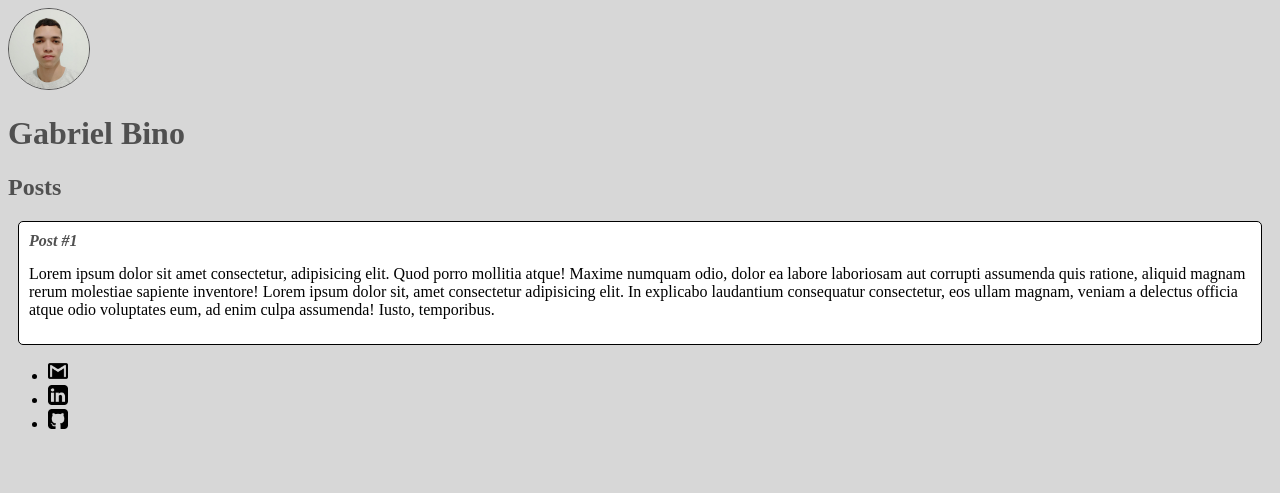
Repository: gabrielbino/projects-dio
Page: html e css/index.html
An editor plug-in stored every save of this project. The page is shown before and after the next save, followed by the edit.
The browser window is 1280 px wide. The pictures show the whole page.

Above is the page before, as saved 2021-10-15 18:41:30.

After the next save:
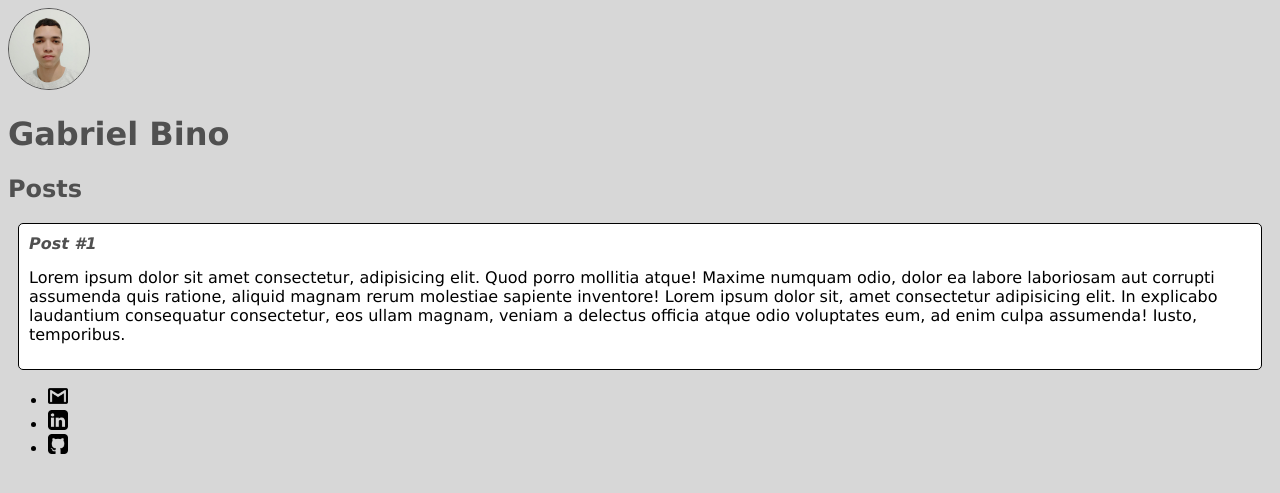
Saved 61 s later.
--- a/html e css/style.css
+++ b/html e css/style.css
@@ -1,5 +1,6 @@
 body {
   background-color: #d7d7d7;
+  font-family: Verdana, sans-serif;
 }
 
 .photo {
